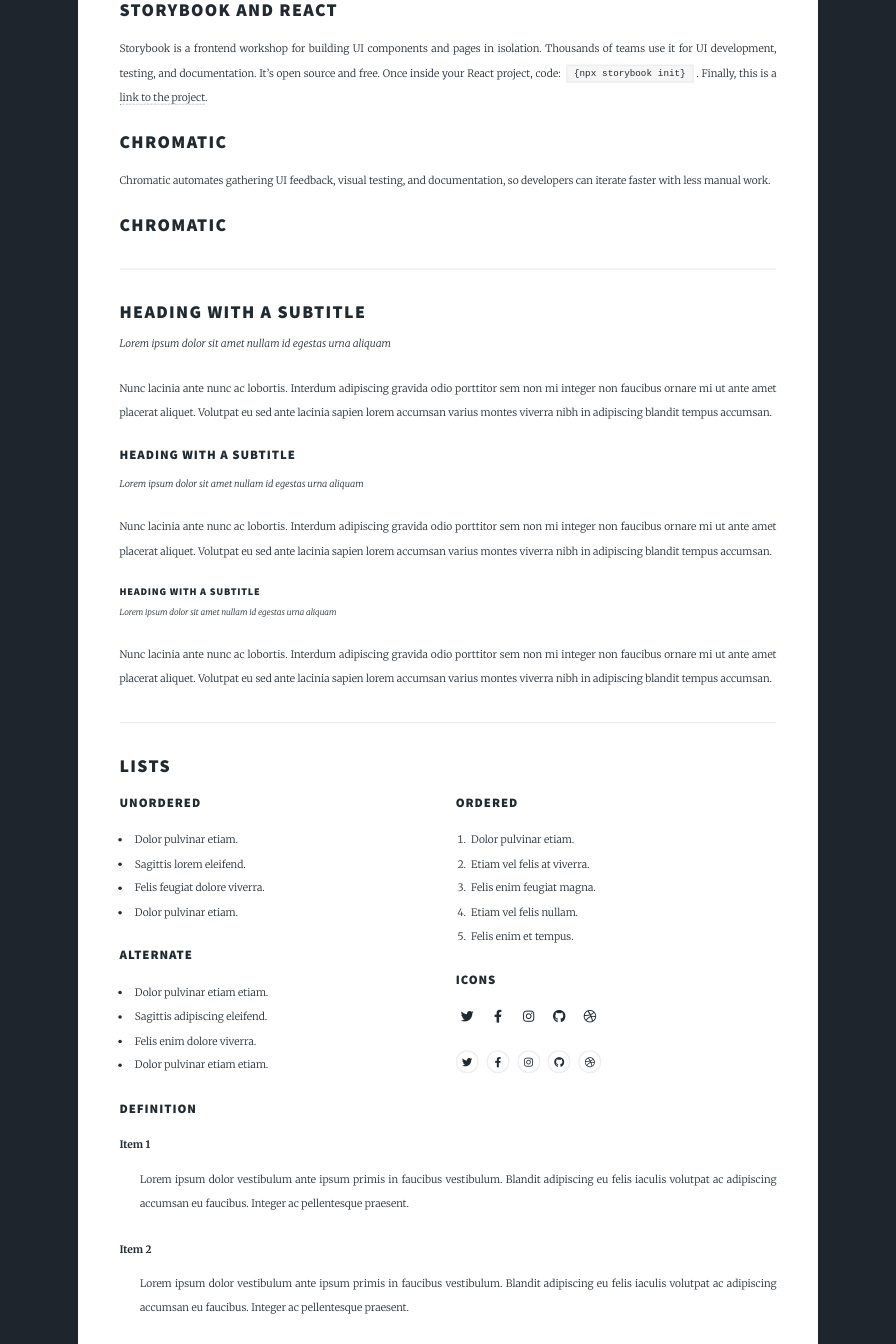
Repository: enlilsudo/Orlando-Portfolio
Page: elements.html
An editor plug-in stored every save of this project. The page is shown before and after the next save, followed by the edit.
The browser window is 1280 px wide. The pictures show the part of the page from y = 1166 to 3086 px (the page is 10019 px tall before and 10089 px after), at 70% of full size.

Above is the page before, as saved 2023-02-19 13:44:20.

After the next save:
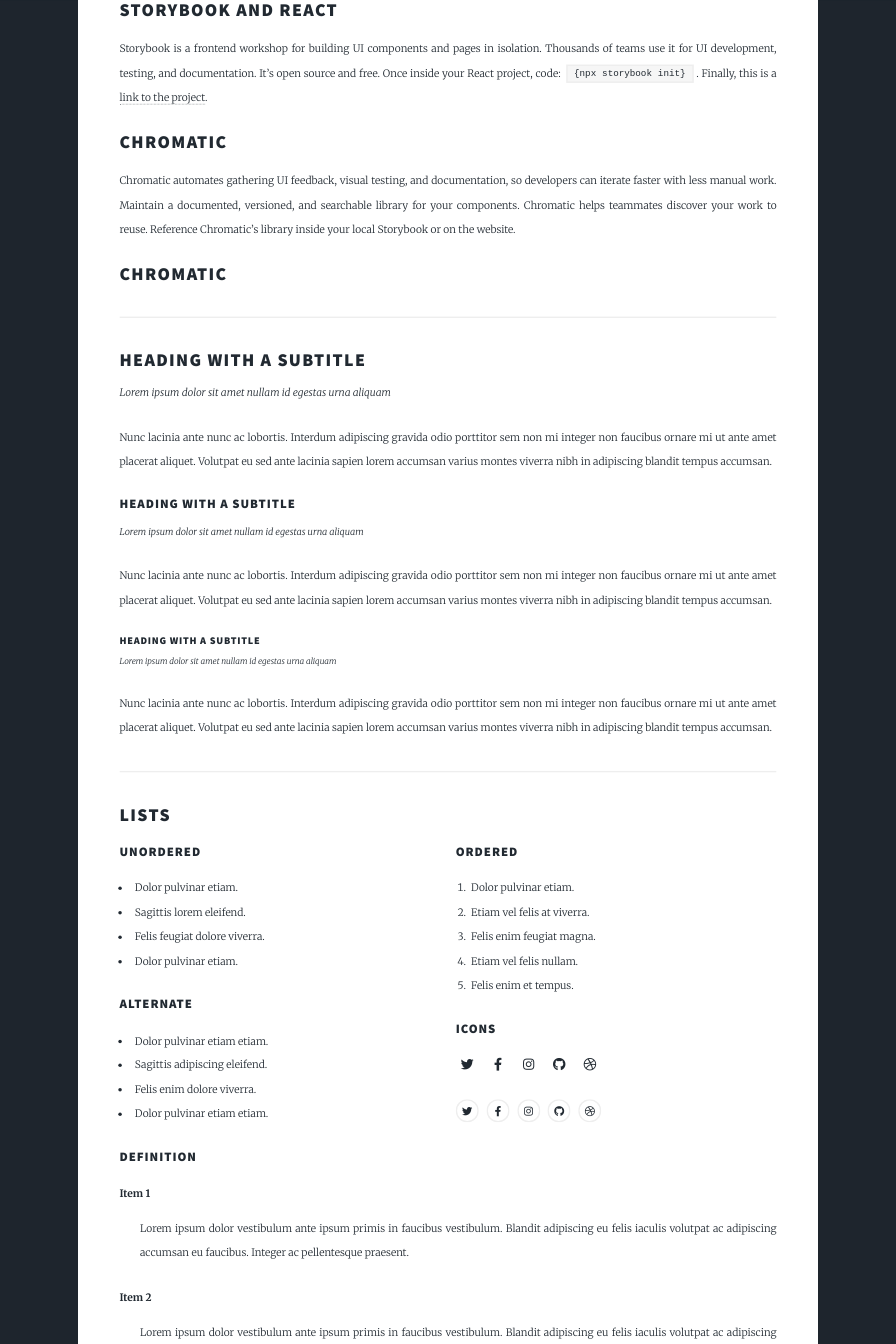
Saved 9 min 17 s later.
--- a/elements.html
+++ b/elements.html
@@ -69,6 +69,8 @@
 										Finally, this is a <a href="https://storybook.js.org/">link to the project</a>.</p>
 									<h2>Chromatic</h2>
 									<p>Chromatic automates gathering UI feedback, visual testing, and documentation, so developers can iterate faster with less manual work.
+										Maintain a documented, versioned, and searchable library for your components. Chromatic helps teammates discover your work to reuse.
+										Reference Chromatic’s library inside your local Storybook or on the website.
 									</p>
 									<h2>Chromatic</h2>
 									<hr />
